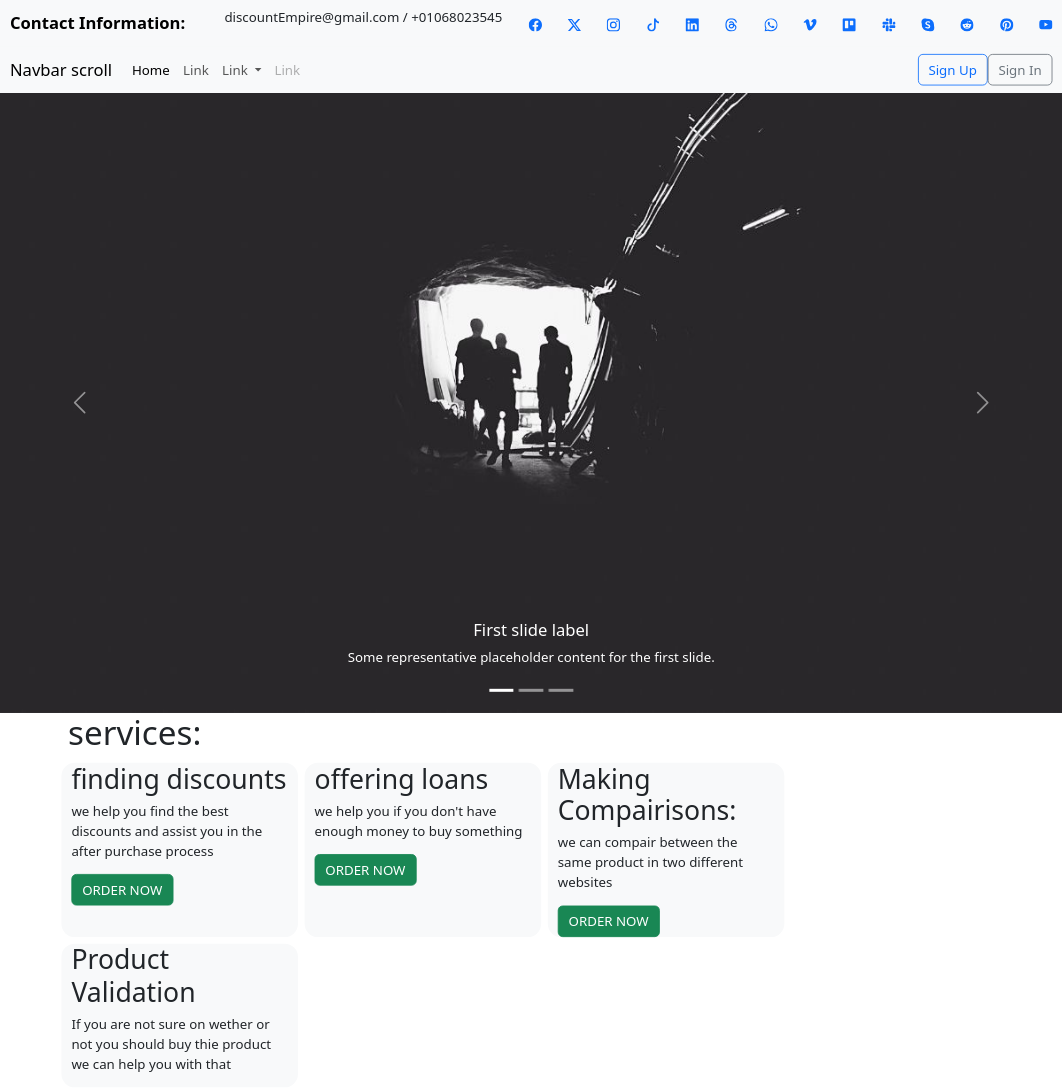
Repository: HaziimYassien/The-Discount-Empire
Page: index.html
An editor plug-in stored every save of this project. The page is shown before and after a run of saves, followed by the edit.
The browser window is 1280 px wide. The pictures show the whole page, at 83% of full size.

Above is the page before, as saved 2024-01-24 18:52:47.

After the next 2 saves:
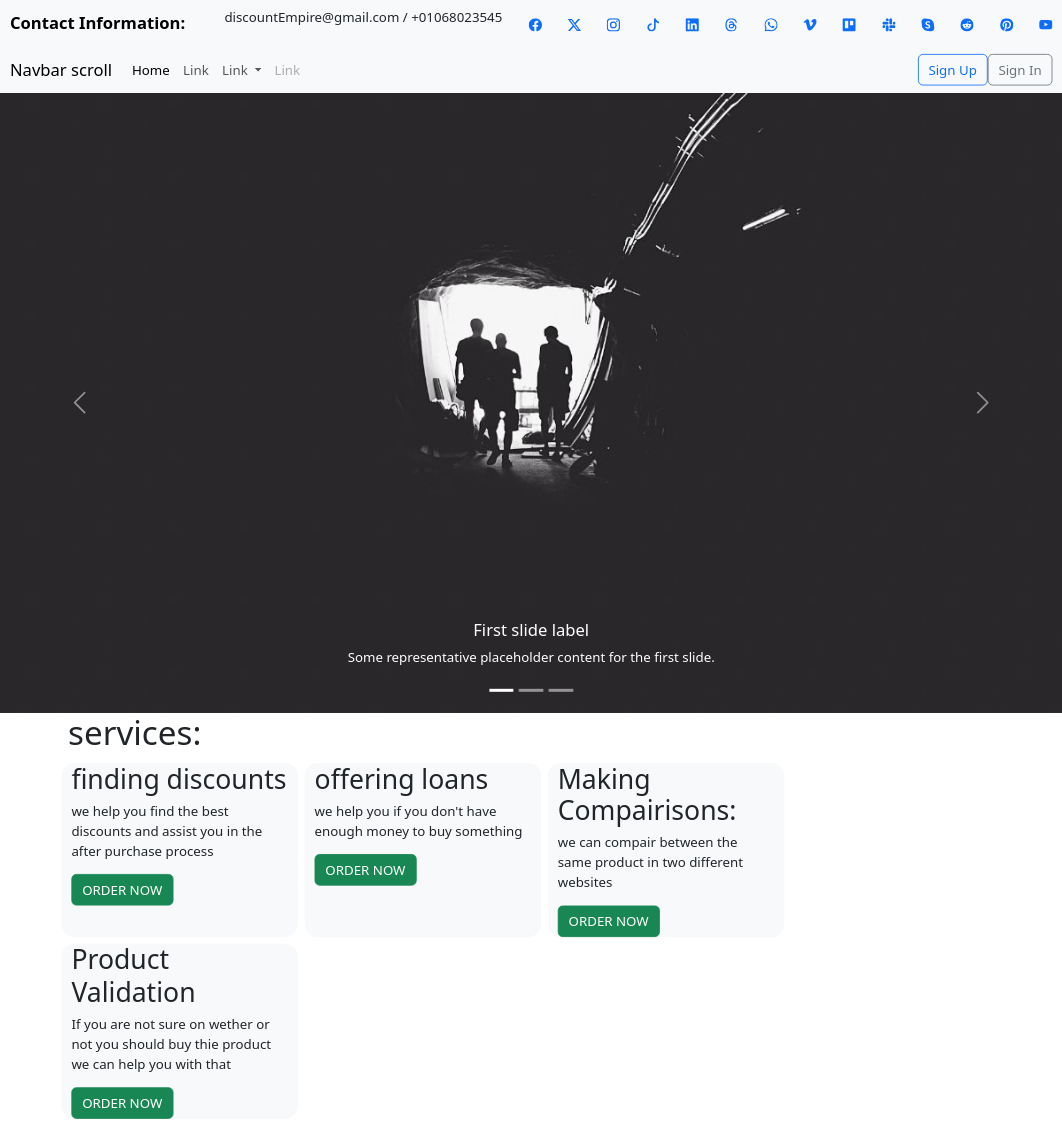
The 2 saves are shown as one change because they came seconds apart.
The last was saved 12 s later.
--- a/index.html
+++ b/index.html
@@ -229,6 +229,7 @@
   <div class="col-sm-3 bg-light rounded-4 m-1">
     <h2>Product Validation</h2>
     <p>If you are not sure on wether or not you should buy thie product we can help you with that </p>
+    <button type="button" class="btn btn-success">ORDER NOW</button>
   </div>
 
 </section>
